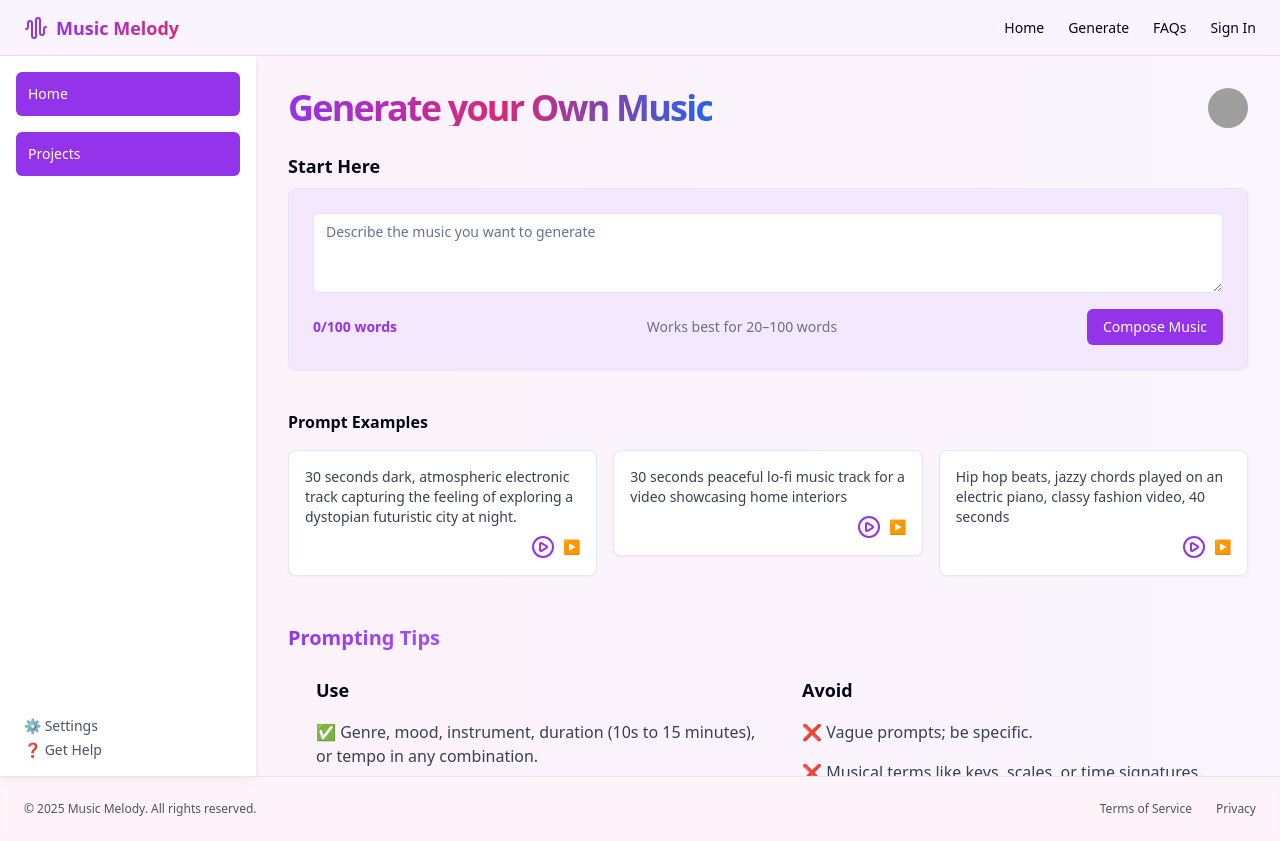
Repository: Aadityakesarwani/musicMelody
Page: /MusicMelodyUI
The author's editor kept a copy of each file at every save. The page is drawn from the files as they stood at one save, then again after the next save.
The browser window is 1280 px wide. The pictures show the whole page.
Pictures or frames that could not be fetched are drawn as grey boxes. An inner scrolling area shows only its first screen. The project was rebuilt for these pictures with package versions that can differ from the ones it lists, and the page was loaded fresh each time. Also part of the build but not shown: vite.config.js, src/components/ui/accordion.jsx, src/components/Faq.jsx, src/components/Hero.jsx, src/components/HowItWorks.jsx, src/context/AuthContext.jsx, src/components/SignIn.jsx, src/components/MusicSection.jsx and 7 more. Imported but missing from the stored project, and not drawn on this page: src/assets/1.mp4, src/assets/2.mp4, src/assets/3.mp4, src/assets/4.mp4, src/assets/5.mp4.

Above is the page before, as saved 2025-04-13 19:23:56.

### src/main.jsx
import './polyfills';
import React from 'react'
import ReactDOM from 'react-dom/client'
import App from './App'
import './index.css'

ReactDOM.createRoot(document.getElementById('root')).render(
  <React.StrictMode>
    <App />
  </React.StrictMode>,
)

### src/polyfills.js
// Add global polyfill for browser environment
if (typeof global === 'undefined') {
  window.global = window;
}

### src/App.jsx
import { BrowserRouter } from "react-router-dom";
import { Route, Routes } from "react-router-dom";

import FAQ from "./components/Faq";
import Footer from "./components/Footer";
import Header from "./components/Header";
import Hero from "./components/Hero";
import HowItWorks from "./components/HowItWorks";
import LoginSignUpPage from "./components/SignIn";
import MusicSection from "./components/MusicSection";
import MusicLandingPage from "./components/MusicLandingPage";
import MusicMelodyUI from "./components/MusicMelodyUI";
import CTA from "./components/Cta";
import ProjectDetails from "./components/ProjectDetails";
import Pricing from "./components/Pricing";
import TermsOfService from "./components/TermsOfService";
import Home from "./components/Home";

function App() {
  return (
    <BrowserRouter>
      <div className="flex flex-col min-h-screen bg-gradient-to-b from-purple-100 to-pink-100 dark:from-purple-900 dark:to-pink-900">
        <Header />
        <main className="flex-1">
          <Routes>
            <Route path="/LoginSignUpPage" element={<LoginSignUpPage />} />
            <Route path="/MusicLandingPage" element={<MusicLandingPage />} />
            <Route path="/MusicMelodyUI" element={<MusicMelodyUI />} />
            <Route path="/ProjectDetails" element={<ProjectDetails />} />
            <Route path="/Pricing" element={<Pricing />} />
            <Route path="/TermsOfService" element={<TermsOfService />} />
            <Route path="/Home" element={<Home />} />
            <Route
              path="/"
              element={
                <div className="flex flex-col gap-8">
                  <section id="hero">
                    <Hero />
                  </section>
                  <section id="music-section">
                    <MusicSection />
                  </section>
                  <section id="howitworks">
                    <HowItWorks />
                  </section>
                  <section id="faqs">
                    <FAQ />
                  </section>
                  <section id="cta">
                    <CTA />
                  </section>
                </div>
              }
            />
          </Routes>
        </main>
        <Footer />
      </div>
    </BrowserRouter>
  );
}

export default App;

### src/components/Footer.jsx
import React from 'react';
import { Link } from 'react-router-dom'; // Import Link from react-router-dom

export default function Footer() {
  return (
    <footer className="flex flex-col gap-2 sm:flex-row py-6 w-full shrink-0 items-center px-4 md:px-6 border-t bg-white/50 backdrop-blur-sm dark:bg-gray-800/50">
      <p className="text-xs text-gray-600 dark:text-gray-400">
        © {new Date().getFullYear()} Music Melody. All rights reserved.
      </p>
      <nav className="sm:ml-auto flex gap-4 sm:gap-6">
        {/* Link to the Terms of Service page */}
        <Link
          className="text-xs hover:underline underline-offset-4 text-gray-600 hover:text-purple-600 dark:text-gray-400 dark:hover:text-purple-400"
          to="/TermsOfService" // Use the path you defined for Terms of Service in your router
        >
          Terms of Service
        </Link>
        <Link
          className="text-xs hover:underline underline-offset-4 text-gray-600 hover:text-purple-600 dark:text-gray-400 dark:hover:text-purple-400"
          to="/Privacy" // Use the path you defined for Privacy Policy in your router
        >
          Privacy
        </Link>
      </nav>
    </footer>
  );
}

### src/components/Header.jsx
import { AudioWaveform, Menu, X } from "lucide-react";
import { Link, useLocation } from "react-router-dom";
import { useState } from "react";

export default function Header() {
  const location = useLocation();
  const [isMenuOpen, setIsMenuOpen] = useState(false);

  const scrollToSection = (sectionId) => {
    if (location.pathname === '/') {
      const element = document.getElementById(sectionId);
      if (element) {
        element.scrollIntoView({ behavior: 'smooth' });
      }
    }
    setIsMenuOpen(false);
  };

  return (
    <header className="sticky top-0 z-50 px-4 lg:px-6 h-14 flex items-center border-b border-purple-200 dark:border-purple-800 bg-white/50 backdrop-blur-sm dark:bg-gray-800/50">
      <Link
        to="/"
        onClick={() => scrollToSection('hero')}
        className="flex items-center justify-center"
      >
        <AudioWaveform className="h-6 w-6 text-purple-600 dark:text-purple-400" />
        <span className="ml-2 text-lg font-bold bg-clip-text text-transparent bg-gradient-to-r from-purple-600 to-pink-600 dark:from-purple-400 dark:to-pink-400">
          Music Melody
        </span>
      </Link>

      {/* Hamburger Menu */}
      <button
        onClick={() => setIsMenuOpen(!isMenuOpen)}
        className="ml-auto md:hidden"
      >
        {isMenuOpen ? (
          <X className="h-6 w-6 text-purple-600 dark:text-purple-400" />
        ) : (
          <Menu className="h-6 w-6 text-purple-600 dark:text-purple-400" />
        )}
      </button>

      {/* Desktop Navigation */}
      <nav className="ml-auto hidden md:flex gap-4 sm:gap-6">
        <Link
          to="/"
          onClick={() => scrollToSection('hero')}
          className="text-sm font-medium hover:text-purple-600 dark:hover:text-purple-400 transition-colors"
        >
          Home
        </Link>
        <Link
          to="/MusicLandingPage"
          className="text-sm font-medium hover:text-purple-600 dark:hover:text-purple-400 transition-colors"
        >
          Generate
        </Link>
        <Link
          to="/"
          onClick={() => scrollToSection('faqs')}
          className="text-sm font-medium hover:text-purple-600 dark:hover:text-purple-400 transition-colors"
        >
          FAQs
        </Link>
        <Link
          to="/LoginSignUpPage"
          className="text-sm font-medium hover:text-purple-600 dark:hover:text-purple-400 transition-colors"
        >
          Sign In
        </Link>
      </nav>

      {/* Mobile Navigation */}
      {isMenuOpen && (
        <div className="absolute top-14 left-0 right-0 bg-white dark:bg-gray-800 border-b border-purple-200 dark:border-purple-800 md:hidden">
          <nav className="flex flex-col p-4">
            <Link
              to="/"
              onClick={() => scrollToSection('hero')}
              className="py-2 text-sm font-medium hover:text-purple-600 dark:hover:text-purple-400 transition-colors"
            >
              Home
            </Link>
            <Link
              to="/"
              onClick={() => scrollToSection('generator')}
              className="py-2 text-sm font-medium hover:text-purple-600 dark:hover:text-purple-400 transition-colors"
            >
              Generate
            </Link>
            <Link
              to="/"
              onClick={() => scrollToSection('faqs')}
              className="py-2 text-sm font-medium hover:text-purple-600 dark:hover:text-purple-400 transition-colors"
            >
              FAQs
            </Link>
            <Link
              to="/LoginSignUpPage"
              className="py-2 text-sm font-medium hover:text-purple-600 dark:hover:text-purple-400 transition-colors"
            >
              Sign In
            </Link>
          </nav>
        </div>
      )}
    </header>
  );
}

### src/components/MusicMelodyUI.jsx
import { motion } from "framer-motion";
import { Button } from "./ui/button";
import { Link } from "react-router-dom";
import { Card } from "./ui/card";
import { Avatar, AvatarImage } from "./ui/avatar";
import { Textarea } from "./ui/textarea";
import { CirclePlay } from "lucide-react";

export default function MusicMelodyUI() {
  return (
    <div className="flex h-screen bg-gradient-to-r from-pink-50 to-purple-50">
      {/* Sidebar */}
      <aside className="w-1/5 p-4 bg-white shadow-md flex flex-col justify-between">
        <div>
          <nav className="space-y-2">
            <Link to="/MusicLandingPage">
              <Button variant="default" className="w-full justify-start bg-purple-600 hover:bg-purple-700 text-white px-3 py-3 mb-4">
                Home
              </Button>
            </Link>
            <Link to="/ProjectDetails">
              <Button variant="outline" className="w-full justify-start bg-purple-600 hover:bg-purple-700 text-white px-3 py-3">
                Projects
              </Button>
            </Link>
          </nav>
        </div>
        <div className="space-y-1 text-sm text-gray-600 pl-2">
          <div className="cursor-pointer">⚙️ Settings</div>
          <div className="cursor-pointer">❓ Get Help</div>
        </div>
      </aside>

      {/* Main Content */}
      <main className="flex-1 p-8 overflow-auto">
        {/* Header */}
        <motion.header
          initial={{ opacity: 0 }}
          animate={{ opacity: 1 }}
          transition={{ duration: 0.5 }}
          className="flex justify-between items-center"
        >
          <h1 className="text-2xl font-bold tracking-tighter sm:text-2xl md:text-2xl lg:text-4xl/none bg-clip-text text-transparent
           bg-gradient-to-r from-purple-600 via-pink-600 to-blue-600 dark:from-purple-400
           dark:via-pink-400 dark:to-blue-400">
            Generate your Own Music
          </h1>
          <Avatar>
            <AvatarImage src="https://github.com/shadcn.png" alt="User avatar" />
          </Avatar>
        </motion.header>

        {/* Input Section */}
        <section className="mt-6">
          <h2 className="text-lg font-semibold mb-2">Start Here</h2>
          <Card className="p-6 bg-purple-100">
            <Textarea
              placeholder="Describe the music you want to generate"
              className="bg-white mb-4"
            />
            <div className="flex justify-between items-center text-sm">
              <span className="text-purple-600 font-bold">0/100 words</span>
              <span className="text-gray-500">Works best for 20–100 words</span>
              <Link to="/home">
                <Button variant="default" className="bg-purple-600 hover:bg-purple-700 text-white px-4 py-2">Compose Music</Button>
              </Link>
            </div>
          </Card>
        </section>

        {/* Prompt Examples */}
        <section className="mt-10">
          <h3 className="text-md font-semibold mb-4">Prompt Examples</h3>
          <div className="grid grid-cols-1 md:grid-cols-3 gap-4">
            {[
              "30 seconds dark, atmospheric electronic track capturing the feeling of exploring a dystopian futuristic city at night.",
              "30 seconds peaceful lo-fi music track for a video showcasing home interiors",
              "Hip hop beats, jazzy chords played on an electric piano, classy fashion video, 40 seconds"
            ].map((prompt, index) => (
              <motion.div
                key={index}
                initial={{ opacity: 0 }}
                animate={{ opacity: 1 }}
                transition={{ duration: 0.5, delay: index * 0.1 }}
              >
                <Card className="p-4">
                  <p className="text-sm text-gray-700">{prompt}</p>
                  <div className="flex justify-end mt-2 gap-2">
                    <CirclePlay className="cursor-pointer text-purple-600" />
                    <Button variant="ghost" size="icon">▶</Button>
                  </div>
                </Card>
              </motion.div>
            ))}
          </div>
        </section>

        {/* Prompting Tips Section */}
        <section className="mt-12  space-y-4 space-x-7 mb-7">
          <h3 className="text-xl font-bold mb-6 bg-clip-text text-transparent
           bg-gradient-to-r from-purple-600 v ">Prompting Tips</h3>
          <div className="grid grid-cols-1 md:grid-cols-2 gap-10">
            {/* Use Column */}
            <div>
              <h4 className="text-lg font-semibold mb-4">Use</h4>
              <ul className="space-y-4 text-gray-700">
                <li>✅ Genre, mood, instrument, duration (10s to 15 minutes), or tempo in any combination.</li>
                <li>✅ Genre like ambient, cinematic, lo-fi, electronic, rock, hio-hop for best results.</li>
                <li>✅ Keywords to mention the intended use (e.g., podcast, game)</li>
                <li>✅ Descriptive adjectives (e.g., dreamy, energetic) for tailored outputs.</li>
              </ul>
            </div>

            {/* Avoid Column */}
            <div>
              <h4 className="text-lg font-semibold mb-4">Avoid</h4>
              <ul className="space-y-4 text-gray-700">
                <li>❌ Vague prompts; be specific.</li>
                <li>❌ Musical terms like keys, scales, or time signatures.</li>
                <li>❌ Asking for vocals, sounds effective or foiey.</li>
                <li>❌ Including lyrics or scripts in prompts.</li>
              </ul>
            </div>
          </div>
          <p className="mt-8 text-sm text-center font-medium text-gray-800">
            want to read more? get the full guide here
          </p>
        </section>
      </main>
    </div>
  );
}

### src/components/ui/button.jsx
import * as React from "react";
import { Slot } from "@radix-ui/react-slot";
import { cn } from "../../lib/utils";

const Button = React.forwardRef(
  // eslint-disable-next-line react/prop-types
  ({ className, asChild = false, ...props }, ref) => {
    const Comp = asChild ? Slot : "button";
    return (
      <Comp
        className={cn(
          "inline-flex items-center justify-center whitespace-nowrap rounded-md text-sm font-medium transition-colors focus-visible:outline-none focus-visible:ring-1 focus-visible:ring-ring disabled:pointer-events-none disabled:opacity-50",
          className
        )}
        ref={ref}
        {...props}
      />
    );
  }
);

Button.displayName = "Button";

export { Button };

### src/components/ui/card.jsx
import * as React from "react";
import PropTypes from "prop-types"; // Import PropTypes for validation
import { cn } from "../../lib/utils";

const Card = React.forwardRef(({ className, ...props }, ref) => (
  <div
    ref={ref}
    className={cn(
      "rounded-lg border bg-card text-card-foreground shadow-sm",
      className
    )}
    {...props}
  />
));
Card.displayName = "Card";

// PropType validation
Card.propTypes = {
  className: PropTypes.string,
  children: PropTypes.node,
};

const CardHeader = React.forwardRef(({ className, ...props }, ref) => (
  <div
    ref={ref}
    className={cn("flex flex-col space-y-1.5 p-6", className)}
    {...props}
  />
));
CardHeader.displayName = "CardHeader";

// PropType validation
CardHeader.propTypes = {
  className: PropTypes.string,
  children: PropTypes.node,
};

const CardTitle = React.forwardRef(({ className, ...props }, ref) => (
  <h3
    ref={ref}
    className={cn(
      "text-2xl font-semibold leading-none tracking-tight",
      className
    )}
    {...props}
  />
));
CardTitle.displayName = "CardTitle";

// PropType validation
CardTitle.propTypes = {
  className: PropTypes.string,
  children: PropTypes.node,
};

const CardDescription = React.forwardRef(({ className, ...props }, ref) => (
  <p
    ref={ref}
    className={cn("text-sm text-muted-foreground", className)}
    {...props}
  />
));
CardDescription.displayName = "CardDescription";

// PropType validation
CardDescription.propTypes = {
  className: PropTypes.string,
  children: PropTypes.node,
};

const CardContent = React.forwardRef(({ className, ...props }, ref) => (
  <div ref={ref} className={cn("p-6 pt-0", className)} {...props} />
));
CardContent.displayName = "CardContent";

// PropType validation
CardContent.propTypes = {
  className: PropTypes.string,
  children: PropTypes.node,
};

const CardFooter = React.forwardRef(({ className, ...props }, ref) => (
  <div
    ref={ref}
    className={cn("flex items-center p-6 pt-0", className)}
    {...props}
  />
));
CardFooter.displayName = "CardFooter";

// PropType validation
CardFooter.propTypes = {
  className: PropTypes.string,
  children: PropTypes.node,
};

export { Card, CardHeader, CardFooter, CardTitle, CardDescription, CardContent };

### src/components/ui/avatar.jsx
import * as React from "react";
import PropTypes from "prop-types"; // For prop validation
import { cn } from "../../lib/utils"; // Utility for classNames

const Avatar = React.forwardRef(({ className, ...props }, ref) => (
  <div
    ref={ref}
    className={cn(
      "relative flex h-10 w-10 shrink-0 overflow-hidden rounded-full",
      className
    )}
    {...props}
  />
));
Avatar.displayName = "Avatar";

Avatar.propTypes = {
  className: PropTypes.string,
  children: PropTypes.node,
};

const AvatarImage = React.forwardRef(({ className, ...props }, ref) => (
  <img
    ref={ref}
    className={cn("aspect-square h-full w-full", className)}
    {...props}
  />
));
AvatarImage.displayName = "AvatarImage";

AvatarImage.propTypes = {
  className: PropTypes.string,
  src: PropTypes.string.isRequired,
  alt: PropTypes.string,
};

export { Avatar, AvatarImage };

### src/components/ui/textarea.jsx
import * as React from "react";
import { cn } from "../../lib/utils";

// eslint-disable-next-line react/prop-types
const Textarea = React.forwardRef(({ className, ...props }, ref) => {
  return (
    <textarea
      className={cn(
        "flex min-h-[80px] w-full rounded-md border border-input bg-background px-3 py-2 text-sm ring-offset-background placeholder:text-muted-foreground focus-visible:outline-none focus-visible:ring-2 focus-visible:ring-ring focus-visible:ring-offset-2 disabled:cursor-not-allowed disabled:opacity-50",
        className
      )}
      ref={ref}
      {...props}
    />
  );
});

Textarea.displayName = "Textarea";

export { Textarea };

### tailwind.config.js
/** @type {import('tailwindcss').Config} */
export default {
  darkMode: ["class"],
  content: [
    "./index.html",
    "./src/**/*.{js,ts,jsx,tsx}",
  ],
  theme: {
    container: {
      center: true,
      padding: "2rem",
      screens: {
        "2xl": "1400px",
      },
    },
    extend: {
      colors: {
        border: "hsl(var(--border))",
        input: "hsl(var(--input))",
        ring: "hsl(var(--ring))",
        background: "hsl(var(--background))",
        foreground: "hsl(var(--foreground))",
        primary: {
          DEFAULT: "hsl(var(--primary))",
          foreground: "hsl(var(--primary-foreground))",
        },
        secondary: {
          DEFAULT: "hsl(var(--secondary))",
          foreground: "hsl(var(--secondary-foreground))",
        },
        destructive: {
          DEFAULT: "hsl(var(--destructive))",
          foreground: "hsl(var(--destructive-foreground))",
        },
        muted: {
          DEFAULT: "hsl(var(--muted))",
          foreground: "hsl(var(--muted-foreground))",
        },
        accent: {
          DEFAULT: "hsl(var(--accent))",
          foreground: "hsl(var(--accent-foreground))",
        },
        popover: {
          DEFAULT: "hsl(var(--popover))",
          foreground: "hsl(var(--popover-foreground))",
        },
        card: {
          DEFAULT: "hsl(var(--card))",
          foreground: "hsl(var(--card-foreground))",
        },
      },
      borderRadius: {
        lg: "var(--radius)",
        md: "calc(var(--radius) - 2px)",
        sm: "calc(var(--radius) - 4px)",
      },
      keyframes: {
        "accordion-down": {
          from: { height: 0 },
          to: { height: "var(--radix-accordion-content-height)" },
        },
        "accordion-up": {
          from: { height: "var(--radix-accordion-content-height)" },
          to: { height: 0 },
        },
      },
      animation: {
        "accordion-down": "accordion-down 0.2s ease-out",
        "accordion-up": "accordion-up 0.2s ease-out",
      },
    },
  },
  plugins: [require("tailwindcss-animate")],
}

Loaded but not shown: index.html (common file); src/index.css (common file); src/lib/utils.js (common file)

After the next save:
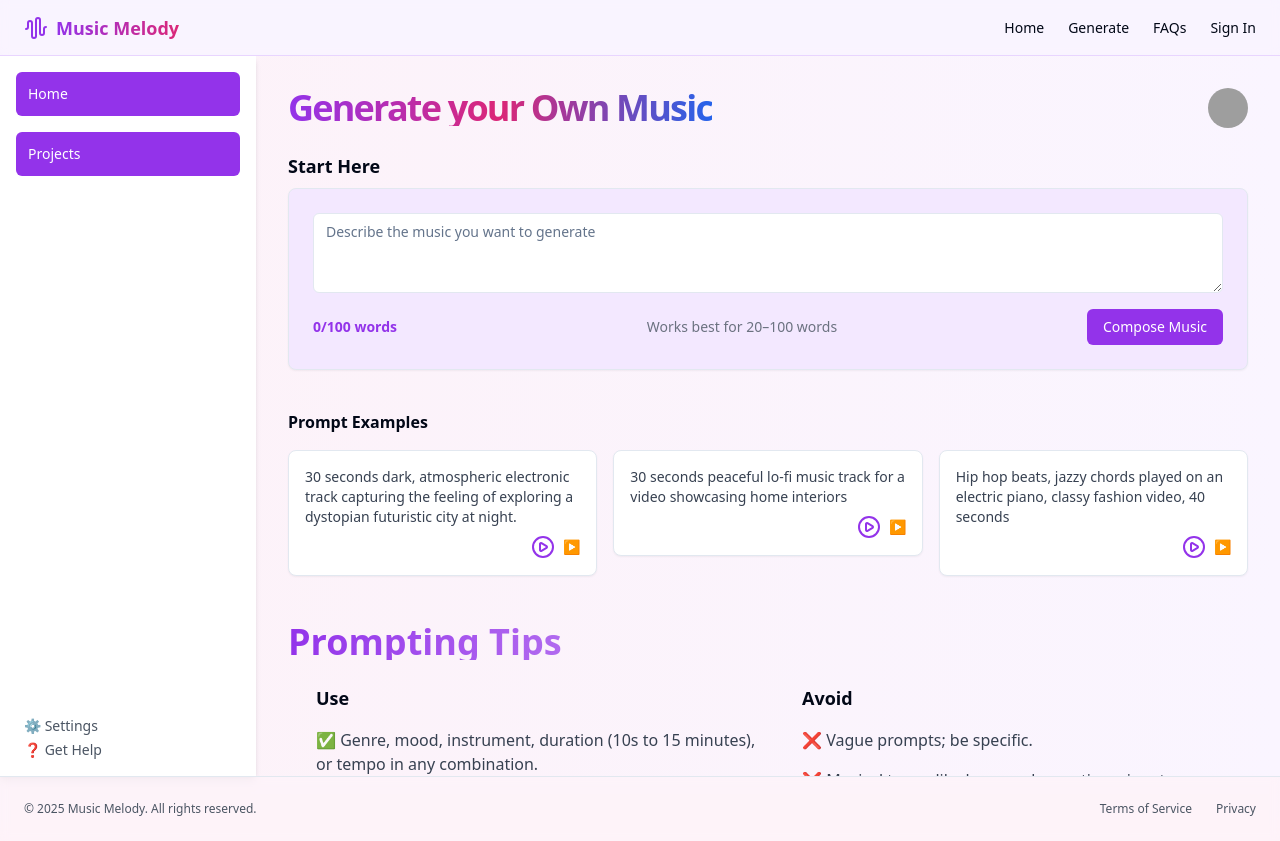
Saved 38 s later.
--- a/src/components/MusicMelodyUI.jsx
+++ b/src/components/MusicMelodyUI.jsx
@@ -97,7 +97,7 @@ export default function MusicMelodyUI() {
 
         {/* Prompting Tips Section */}
         <section className="mt-12  space-y-4 space-x-7 mb-7">
-          <h3 className="text-xl font-bold mb-6 bg-clip-text text-transparent
+          <h3 className="text-xl font-bold mb-6 sm:text-2xl md:text-2xl lg:text-4xl/none bg-clip-text text-transparent
            bg-gradient-to-r from-purple-600 v ">Prompting Tips</h3>
           <div className="grid grid-cols-1 md:grid-cols-2 gap-10">
             {/* Use Column */}
